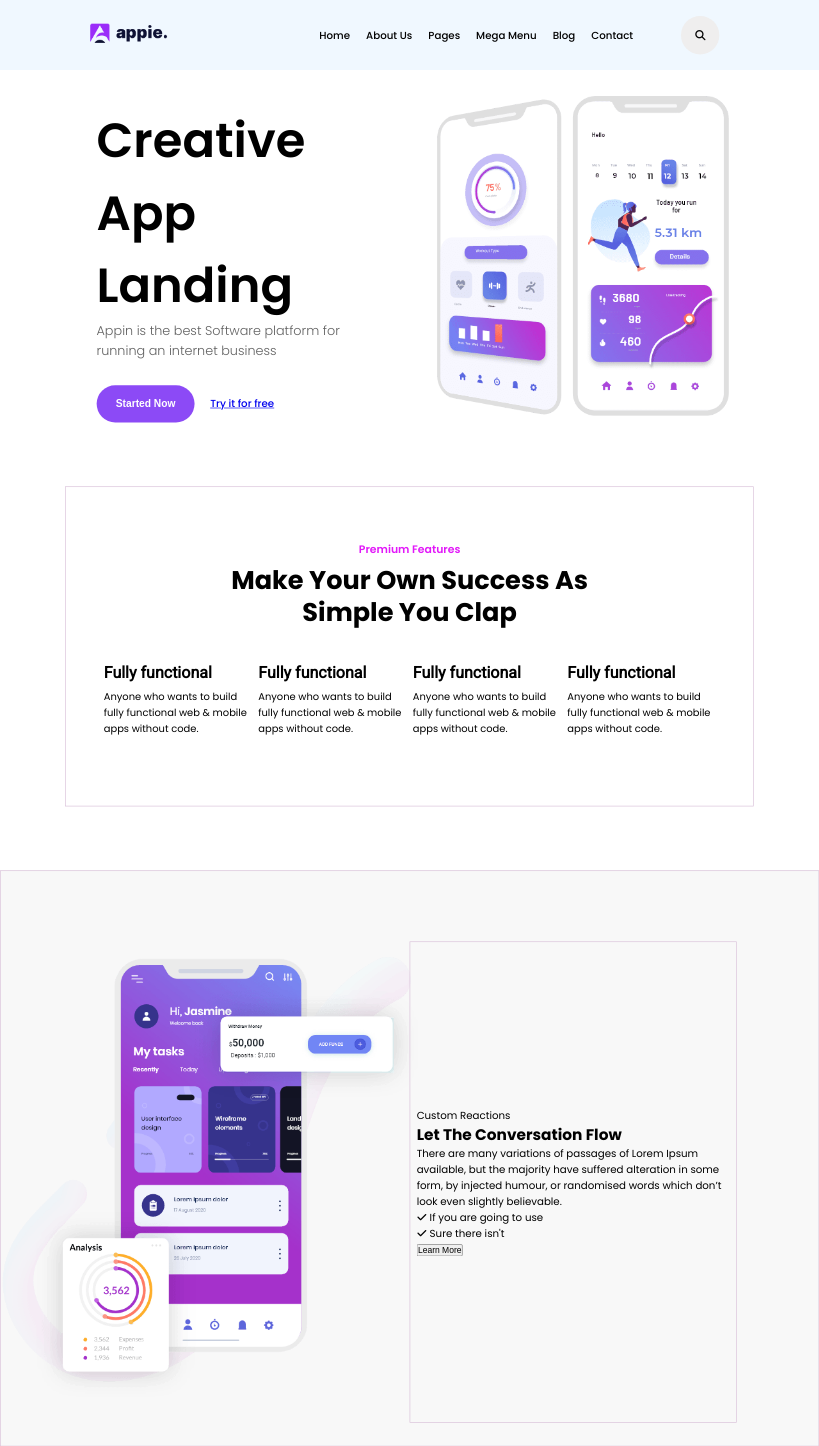
Repository: northpx/landingpage
Page: index.html
These files come from the project's save history. The page is drawn as it stood at one moment and after the next save; the edit follows.
The browser window is 1280 px wide. The pictures show the whole page, at 64% of full size.

Above is the page before, as saved 2022-12-28 15:44:39.

### index.html
<!DOCTYPE html>
<html lang="en">

<head>
    <meta charset="UTF-8">
    <meta http-equiv="X-UA-Compatible" content="IE=edge">
    <meta name="viewport" content="width=device-width, initial-scale=1.0">
    <link rel="stylesheet" href="/src/css/style.css">
    <link rel="stylesheet" href="https://cdnjs.cloudflare.com/ajax/libs/font-awesome/6.2.1/css/all.min.css"
        integrity="sha512-MV7K8+y+gLIBoVD59lQIYicR65iaqukzvf/nwasF0nqhPay5w/9lJmVM2hMDcnK1OnMGCdVK+iQrJ7lzPJQd1w=="
        crossorigin="anonymous" referrerpolicy="no-referrer" />
    <title>Document</title>

</head>

<body>
    <div class="container">
        <div class="navbar">
            <div class="logo">
                <div class="logo-img">
                    <img src="image/purple-logo.png" alt="">
                </div>
            </div>
            <div class="menu">
                <div class="menu-list">
                    <ul class="menu-item">
                        <li class="item">Home</li>
                        <li class="item">About Us</li>
                        <li class="item">Pages</li>
                        <li class="item">Mega Menu</li>
                        <li class="item">Blog</li>
                        <li class="item">Contact</li>
                    </ul>
                </div>
                <i class="fa-solid fa-bars"></i>
                <div class="search">
                    <div class="box-search">
                        <i class="fa-solid fa-magnifying-glass"></i>
                    </div>
                </div>
            </div>

        </div>
        <div class="header">
            <div class="header1">
                <div class="content">
                    <div class="header1_content">
                        <h1>Creative <br>App Landing</h1>
                        <h6>Appin is the best Software platform for running an internet business</h6>
                    </div>
                    <button class="btn_start">
                        Started Now
                    </button>
                    <a href="#">Try it for free</a>
                </div>
            </div>
            <div class="header2">
                <div class="header2_image">
                    <img src="image/home1-app-screen.png" alt="">
                </div>
            </div>
        </div>
        <div class="section2">
            <div class="section2_box">
                <div class="section2_title">
                    <p>Premium Features</p>
                    <h2>Make Your Own Success As <br>Simple You Clap</h2>
                </div>
                <div class="section2_content">
                    <div class="section2_content_body">
                        <div class="content1">
                            <div class="content_title">
                                <h2>Fully functional</h2>
                                <p>Anyone who wants to build fully functional web & mobile apps without code.</p>
                            </div>
                        </div>
                        <div class="content1">
                            <div class="content_title">
                                <h2>Fully functional</h2>
                                <p>Anyone who wants to build fully functional web & mobile apps without code.</p>
                            </div>
                        </div>
                        <div class="content1">
                            <div class="content_title">
                                <h2>Fully functional</h2>
                                <p>Anyone who wants to build fully functional web & mobile apps without code.</p>
                            </div>
                        </div>
                        <div class="content1">
                            <div class="content_title">
                                <h2>Fully functional</h2>
                                <p>Anyone who wants to build fully functional web & mobile apps without code.</p>
                            </div>
                        </div>
                    </div>
                </div>
            </div>
        </div>
        <div class="section3_container">
            <div class="section3">
                <div class="section3_img">
                    <div class="image">
                        <img src="image/Screen-1-1.png" alt="">
                    </div>
                </div>
                <div class="section3_content">
                    <div class="content3">
                        <p>Custom Reactions</p>
                        <h2>Let The Conversation Flow</h2>
                        <p>
                            There are many variations of passages of Lorem Ipsum available, but the majority have
                            suffered alteration in some form, by injected humour, or randomised words which don’t look
                            even slightly believable.
                        </p>
                        <ul>
                            <li>
                                <i class="fas fa-check"></i>
                                <span>If you are going to use</span>
                            </li>
                            <li>
                                <i class="fas fa-check"></i>
                                <span>Sure there isn't</span>
                            </li>
                        </ul>
                        <div class="btn-section3">
                            <button>Learn More</button>
                        </div>
                    </div>
                </div>
            </div>
        </div>
    </div>

</html>

### src/css/style.css
@import url('https://fonts.googleapis.com/css2?family=Poppins:ital,wght@0,200;0,300;0,400;0,500;0,600;0,700;0,800;0,900;1,200;1,300;1,400;1,500;1,600;1,700;1,800;1,900&family=Roboto&display=swap');
@import url(https://fonts.googleapis.com/css?family=Open+Sans:300,400,700);
*{
    padding: 0;
    margin: 0;
    box-sizing: border-box;
}
body{
    font-family: 'Poppins';
}
.container{
    width: 100%;
    height: 1000px;
    /* overflow: auto; */
}

.navbar{
    display: flex;
    width: 100%;
    height: 110px;
    align-items: center;
    margin: 0 auto;
    padding: 0 11%;
    position: sticky;
    top: 0;
    z-index: 5;
    background-color: aliceblue;
}


.menu{
    display: flex;
    margin-left: auto;
    align-items: center;
}

.menu .menu-item{
    display: flex;
    list-style-type: none;
}

.item{
    margin-right: 25px;
    font-weight: 500;
}

.search{
    margin-left: 50px;
    margin-right: 5px;
    align-items: center;
}
.box-search{
    width: 60px;
    height: 60px;
    background: #efeeee;
    color: rgb(4, 4, 4);
    display: inline-flex;
    align-items: center;
    justify-content: center;
    border-radius: 50%;
    margin-right: 10px;
}

.fa-solid.fa-bars{
    display: none;
}

.header{
    width: 78%;
    height: 550px;
    margin: 0 auto;
}

.header1{
    float: left;
    width: 50%;
    height: 550px;
    position: relative;
}
.header2{
    float: left;
    width: 50%;
    height: 550px;
    position: relative;
}
.header::after{
    content: "";
    display: table;
    clear: both;
}

.content{
    position: absolute;
    width: 90%;
    bottom: 0;
    left: 0;
    padding-left: 10px;
}
.header2_image{
    position: absolute;
    right: 0;
    bottom: 0;
}

.btn_start{
    border-radius: 30px;
    padding: 20px 30px;
    font-size: 16px;
    font-weight: 600;
    color: white;
    margin-right: 20px;
    border: none;
    outline: none;
    background-color: rgb(140, 74, 246);
}

a{
    font-size: 16px;
    font-weight: 500;
}

.header1_content{
    margin-bottom: 40px;
}
h1{
    font-size: 75px;
    font-weight: 600;
}

h6{
    font-weight: 300;
    font-size: 20px;
    color: rgb(97, 97, 97);
}

.section2{
    width: 84%;
    height: 500px;
    display: flex;
    flex-direction: column;
    border: 1px solid thistle;
    margin: 100px auto;
    /* margin-top: 100px; */
    align-items: center;
    justify-content: center;
}
.section2_title{
    text-align: center;
}
.section2_title h2{
    font-size: 40px;
    line-height: 50px;
}
.section2_title p{
    font-size: 17px;
    font-weight: 600;
    color: rgb(226, 24, 249);
    margin-bottom: 10px;
}
.section2_box{
    display: flex;
    flex-direction: column;
    margin-bottom: 20px;
    align-items: center;
    justify-content: center;
}

.section2_content{
    width: 100%;
    margin-top: 50px;
}
.section2_content_body{
    width: 90%;
    display: flex;
    margin: 0 auto;
}
.content1{
    width: 25%;
    padding: 5px;
}

.content_title h2{
    font-family: 'Roboto';
    font-weight: bold;
    font-size: 25px;
    margin-bottom: 10px;
}
.content_title p {
    line-height: 25px;
    font-size: 15.5px;
}

.section3_container{
    width: 100%;
    height: 900px;
    border: 1px solid thistle;
    background-color: rgb(248, 248, 248);
    padding: 110px 0px 70px;
}

.section3{
    width: 80%;
    display: flex;
    margin: 0 auto;
}

.section3_img{
    width: 50%;
    align-items: center;
    display: flex;
    flex-wrap: wrap;
    justify-content: center;
    line-height: 30px;
    padding: 10px;
}
.image{
    margin-left: -100px;
}
.section3_img img{
    display: inline-block;
    text-align: left;
}

.section3_content{
    display: flex;
    flex-wrap: wrap;
    align-items: center;
    justify-content: center;
    width: 50%;
    border: 1px solid thistle;
    padding: 10px;
}
.content3{
    width: 100%;
}

.content3 ul{
    list-style-type: none;
}
.content3 li{
    margin: ;
}

After the next save:
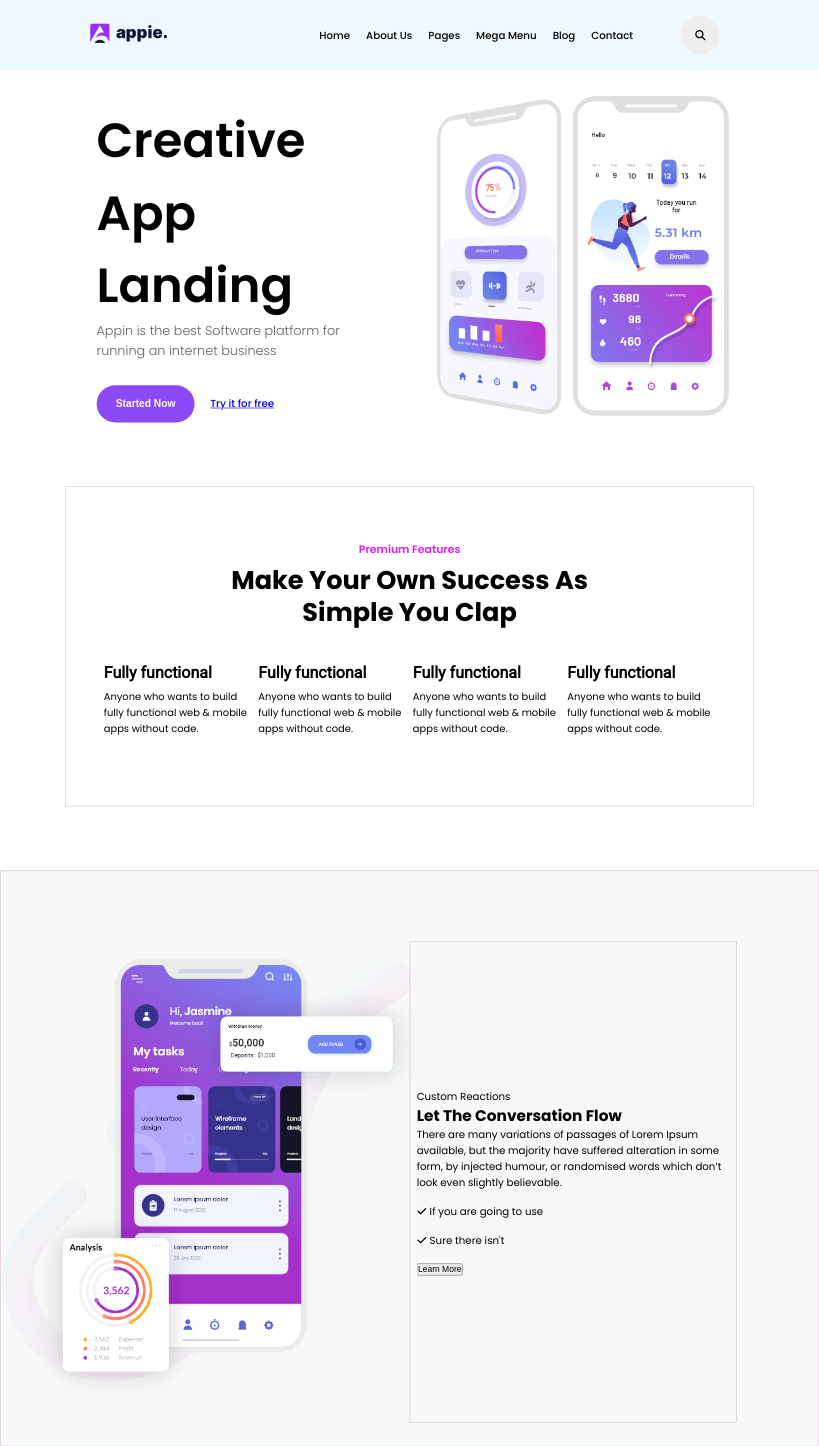
Saved 6 s later.
--- a/src/css/style.css
+++ b/src/css/style.css
@@ -238,5 +238,5 @@ h6{
     list-style-type: none;
 }
 .content3 li{
-    margin: ;
-}
+    margin: 20px 0;
+}
